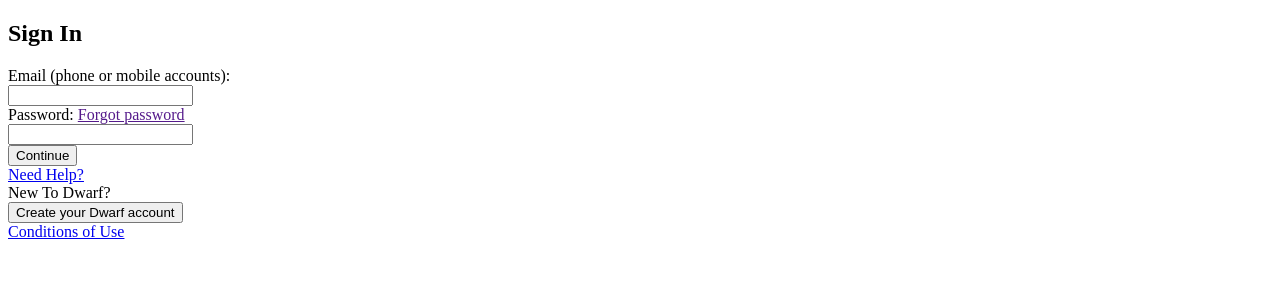
Repository: brittmarie333/replica
Page: index.html
These files come from the project's save history. The page is drawn as it stood at one moment and after a run of saves; the edit follows.
The browser window is 1280 px wide. The pictures show the whole page.

Above is the page before, as saved 2023-11-12 18:24:21.

After the next 2 saves:
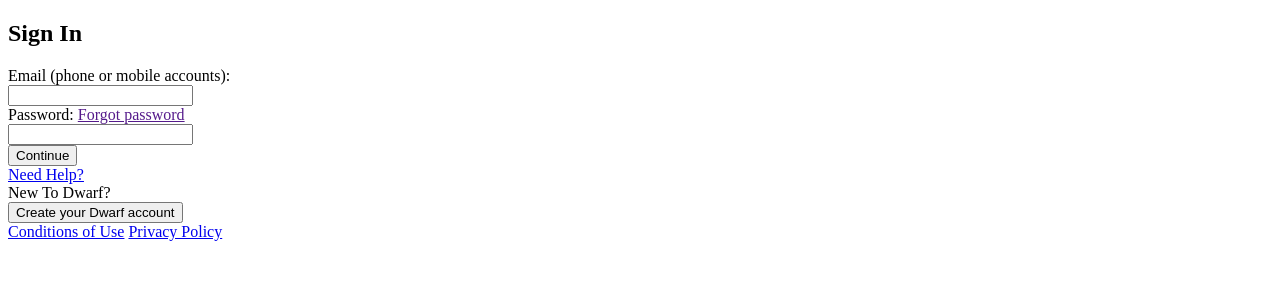
The 2 saves are shown as one change because they came seconds apart.
The last was saved 7 s later.
--- a/index.html
+++ b/index.html
@@ -21,7 +21,7 @@
       <button id="create">Create your Dwarf account</button>
       <br>
       <a href="http"> Conditions of Use</a>
-      <a href="http">
+      <a href="http"> Privacy Policy </a>
 
 
 
